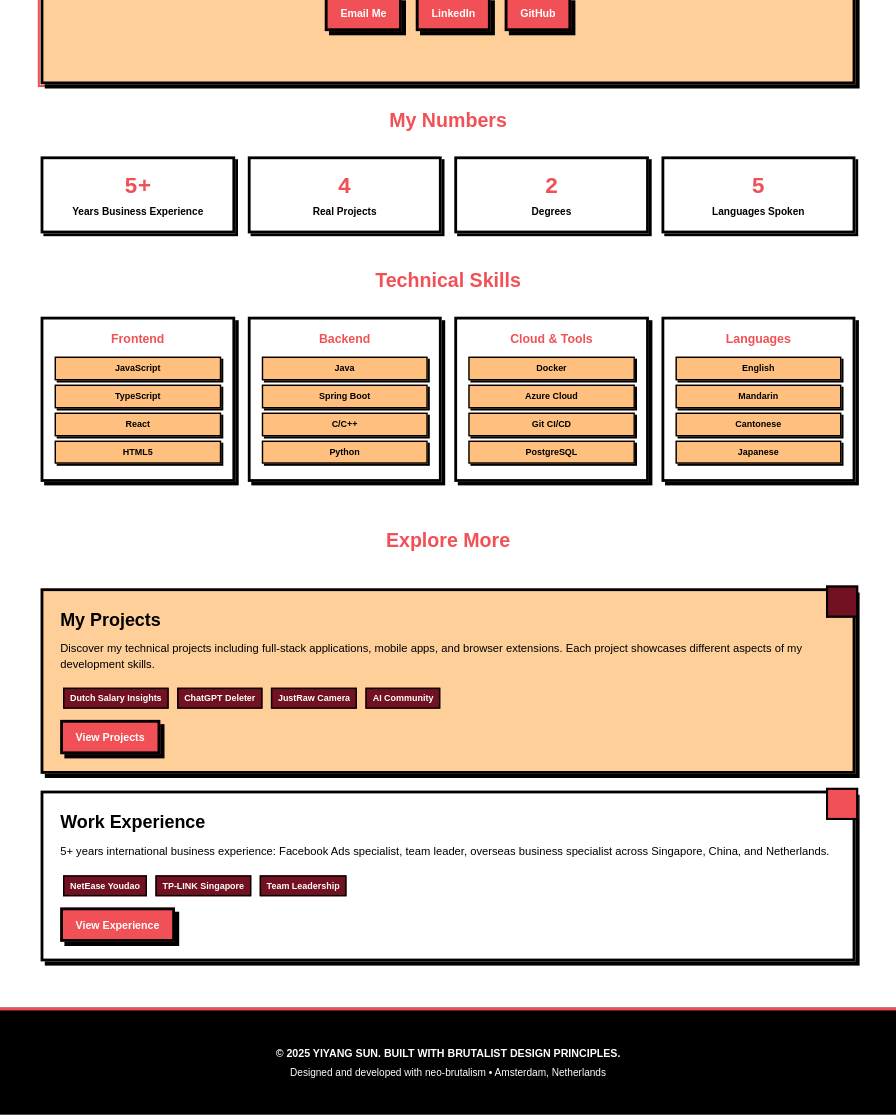
Repository: miloyiyangsun/yiyangsun.github.io
Page: .superdesign/design_iterations/yiyang_home_v2.html
An editor plug-in stored every save of this project. The page is shown before and after the next save, followed by the edit.
The browser window is 1280 px wide. The pictures show the part of the page from y = 668 to 2588 px (the page is 2261 px tall before and 2588 px after), at 70% of full size.

Above is the page before, as saved 2025-09-03 17:52:10.

After the next save:
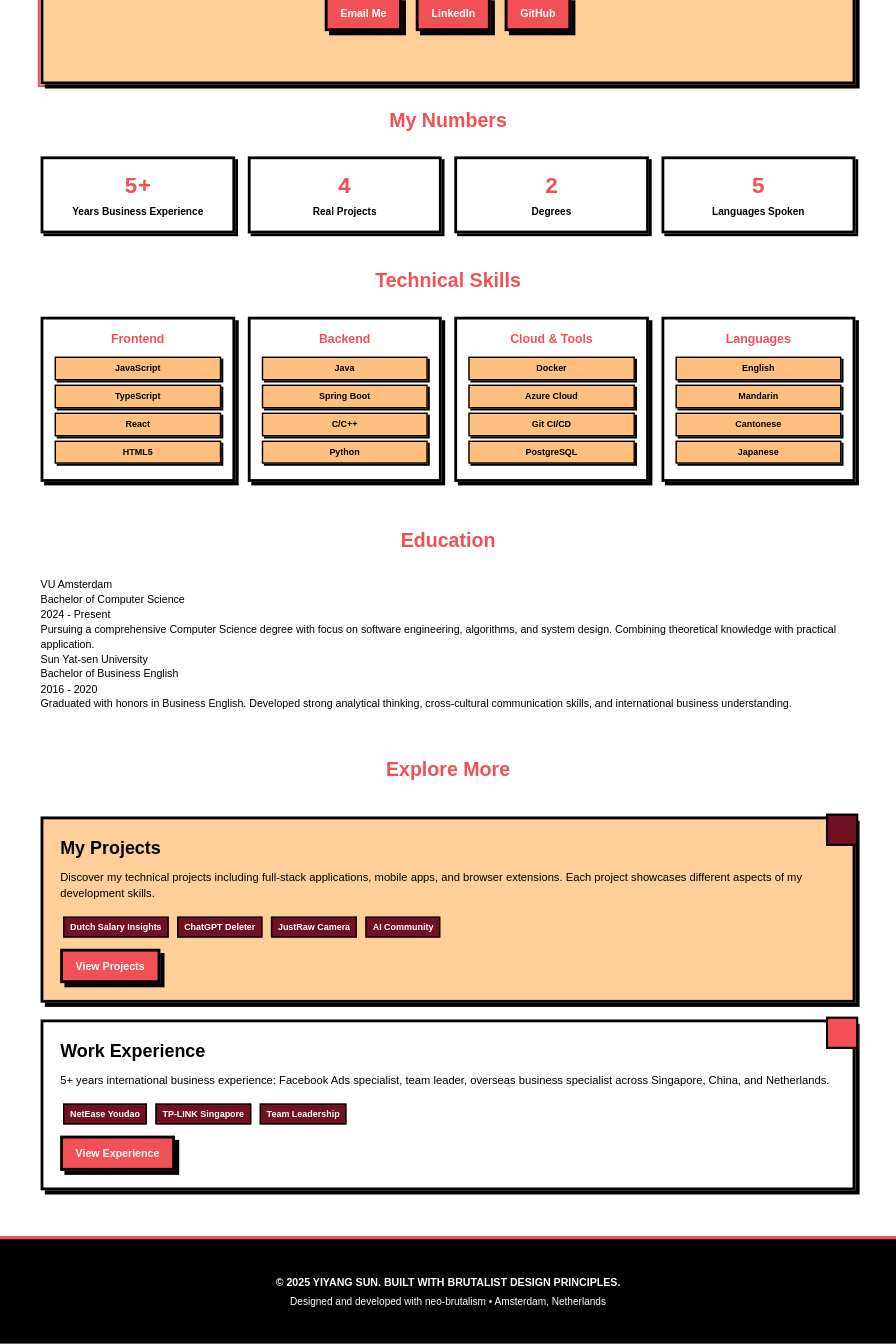
Saved 2 min 10 s later.
--- a/.superdesign/design_iterations/yiyang_home_v2.html
+++ b/.superdesign/design_iterations/yiyang_home_v2.html
@@ -282,7 +282,32 @@
             </div>
         </section>
 
-
+        <!-- Education Section -->
+        <section>
+            <h2 class="title-large brutalist-text-center" style="margin: 64px 0 32px 0;">Education</h2>
+
+            <div class="education-grid">
+                <div class="education-card">
+                    <div class="edu-institution">VU Amsterdam</div>
+                    <div class="edu-degree">Bachelor of Computer Science</div>
+                    <div class="edu-period">2024 - Present</div>
+                    <div class="edu-description">
+                        Pursuing a comprehensive Computer Science degree with focus on software engineering,
+                        algorithms, and system design. Combining theoretical knowledge with practical application.
+                    </div>
+                </div>
+
+                <div class="education-card">
+                    <div class="edu-institution">Sun Yat-sen University</div>
+                    <div class="edu-degree">Bachelor of Business English</div>
+                    <div class="edu-period">2016 - 2020</div>
+                    <div class="edu-description">
+                        Graduated with honors in Business English. Developed strong analytical thinking,
+                        cross-cultural communication skills, and international business understanding.
+                    </div>
+                </div>
+            </div>
+        </section>
 
         <!-- Preview Cards Section - Brutalist -->
         <section class="preview-section">
